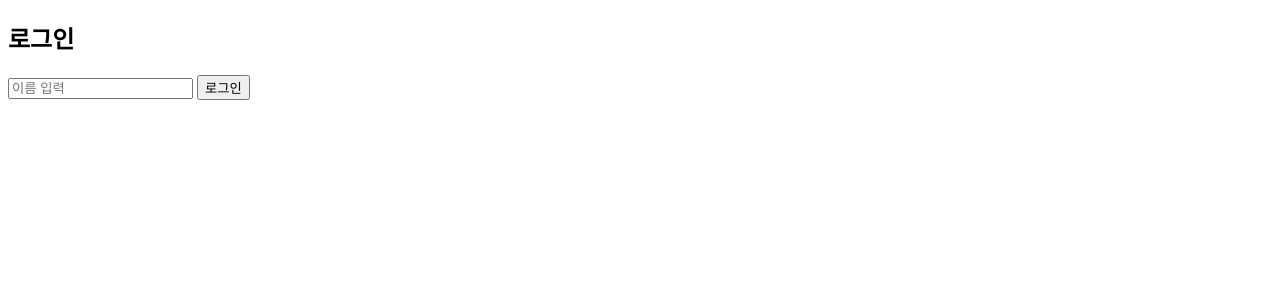
Repository: kiyongee2/space_jspworks
Page: http://localhost/jweb01/cart/loginForm.jsp
An editor plug-in stored every save of this project. The page is shown before and after the next save, followed by the edit.
The browser window is 1280 px wide. The pictures show the whole page.
The page is served by Tomcat 10.

Above is the page before, as saved 2025-10-13 03:04:07.

After the next save:
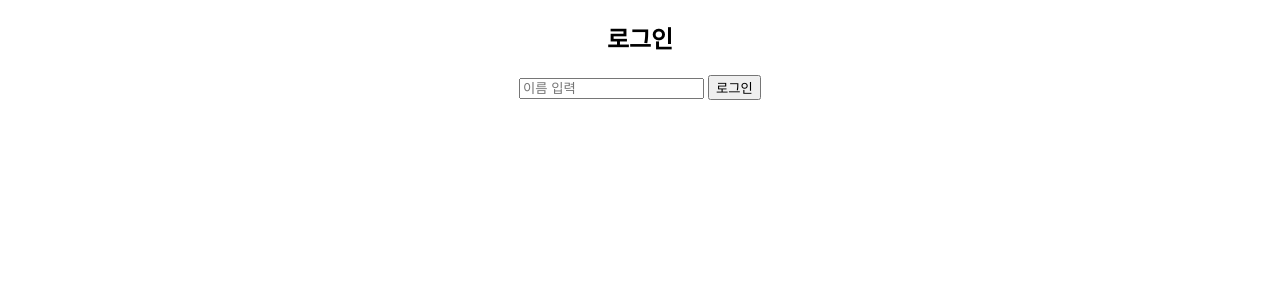
Saved 71 s later.
--- a/jweb01/src/main/webapp/cart/loginForm.jsp
+++ b/jweb01/src/main/webapp/cart/loginForm.jsp
@@ -5,14 +5,19 @@
 <head>
 <meta charset="UTF-8">
 <title>로그인 폼</title>
+<style>
+	#container{width: 80%; margin: 0 auto; text-align: center;}
+</style>
 </head>
 <body>
-	<h2>로그인</h2>
-	<form action="selProduct.jsp" method="post">
-		<p>
-			<input type="text" name="username" placeholder="이름 입력">
-			<input type="submit" value="로그인">
-		</p>
-	</form>
+	<section id="container">
+		<h2>로그인</h2>
+		<form action="selProduct.jsp" method="post">
+			<p>
+				<input type="text" name="username" placeholder="이름 입력">
+				<input type="submit" value="로그인">
+			</p>
+		</form>
+	</section>
 </body>
 </html>
